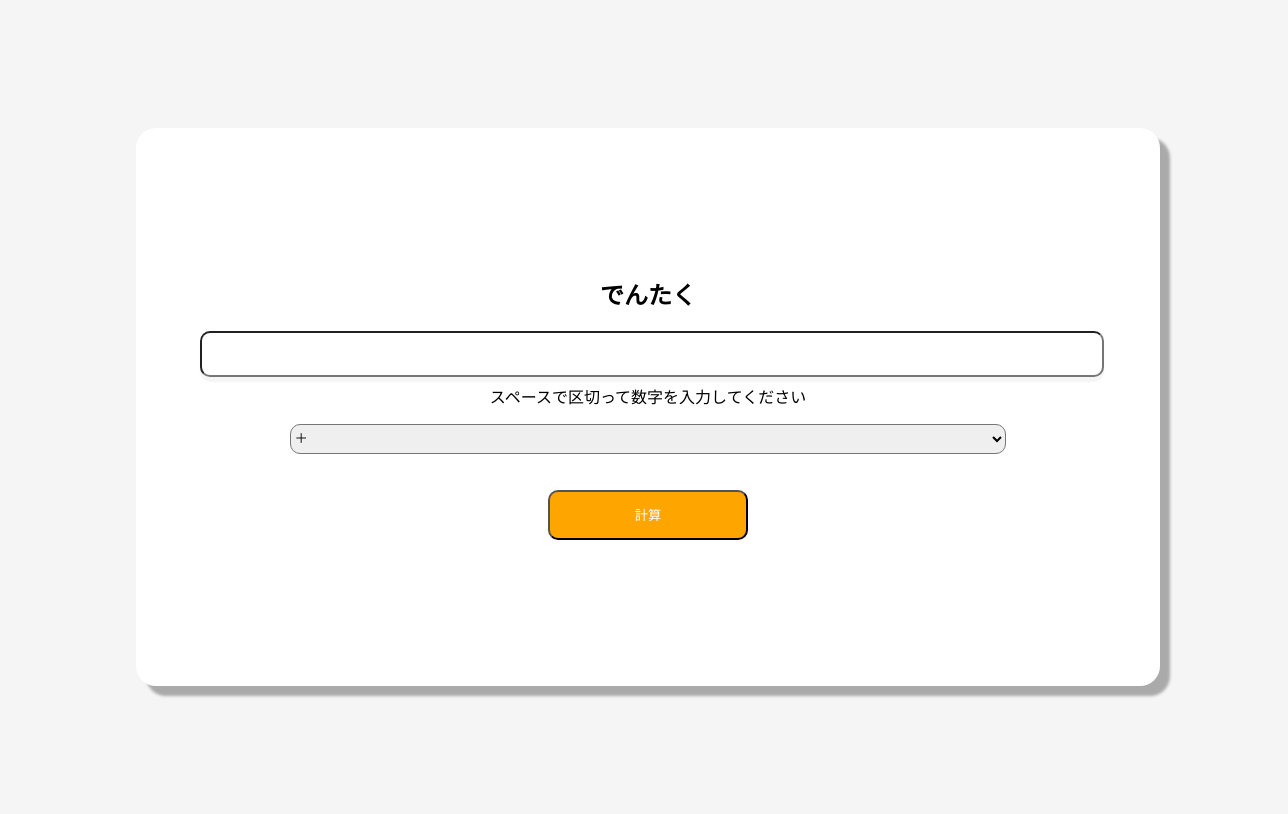
Repository: yuuukihara/test2
Page: http://localhost/dentaku2/
An editor plug-in stored every save of this project. The page is shown before and after the next save, followed by the edit.
The browser window is 1280 px wide. The page is 1288 px wide, so the pictures cover 1288 px, including what lies to the right of the window. The pictures show the whole page.
The page is served by Tomcat 9.

Above is the page before, as saved 2018-09-10 05:58:02.

After the next save:
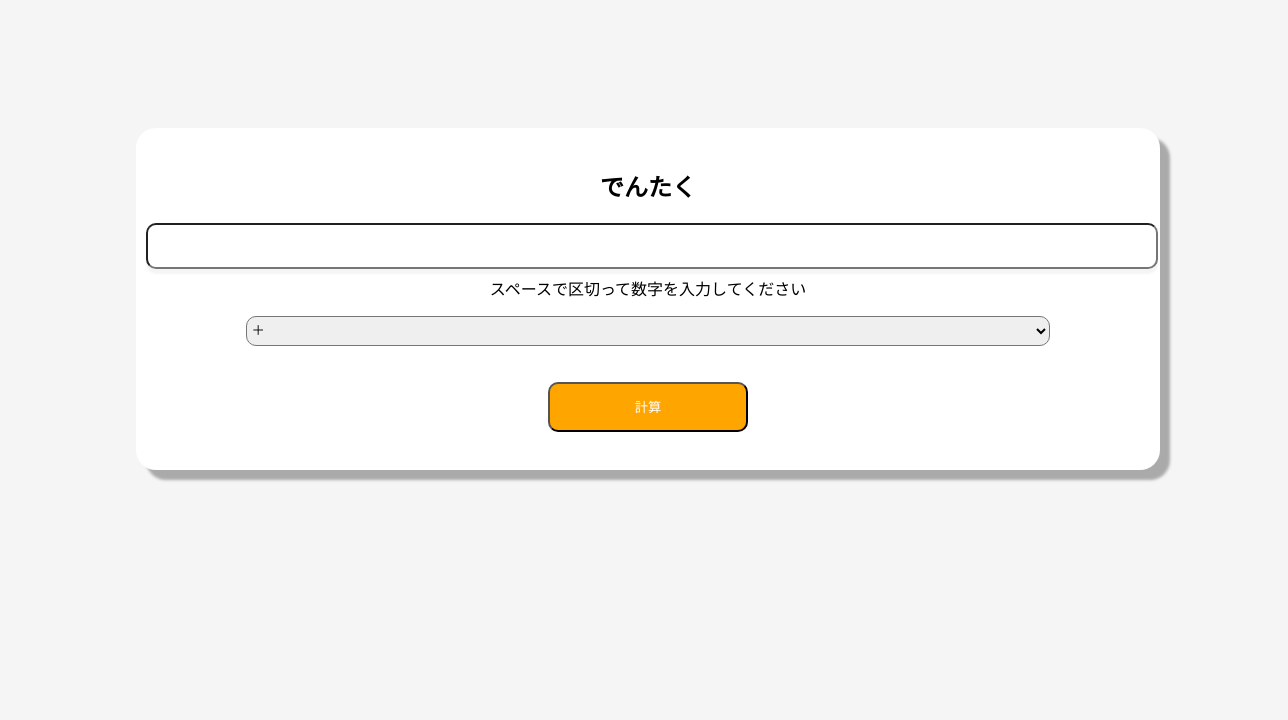
Saved 2 min 21 s later.
--- a/dentaku2/WebContent/css/Style.css
+++ b/dentaku2/WebContent/css/Style.css
@@ -9,7 +9,7 @@ body{
 	background-color:white;
 	text-align:center;
 	margin:10% 10%;
-	padding:10% 5%;
+	padding:20px 10px;
 	border-radius:20px;
 	box-shadow:10px 10px 3px #aaaaaa;
 
@@ -50,7 +50,7 @@ body{
 }
 
 .result-word{
-	width:auto;
+
 	border-bottom:medium solid silver;
 	padding-top:5px;
 	padding-bottom:5px;
